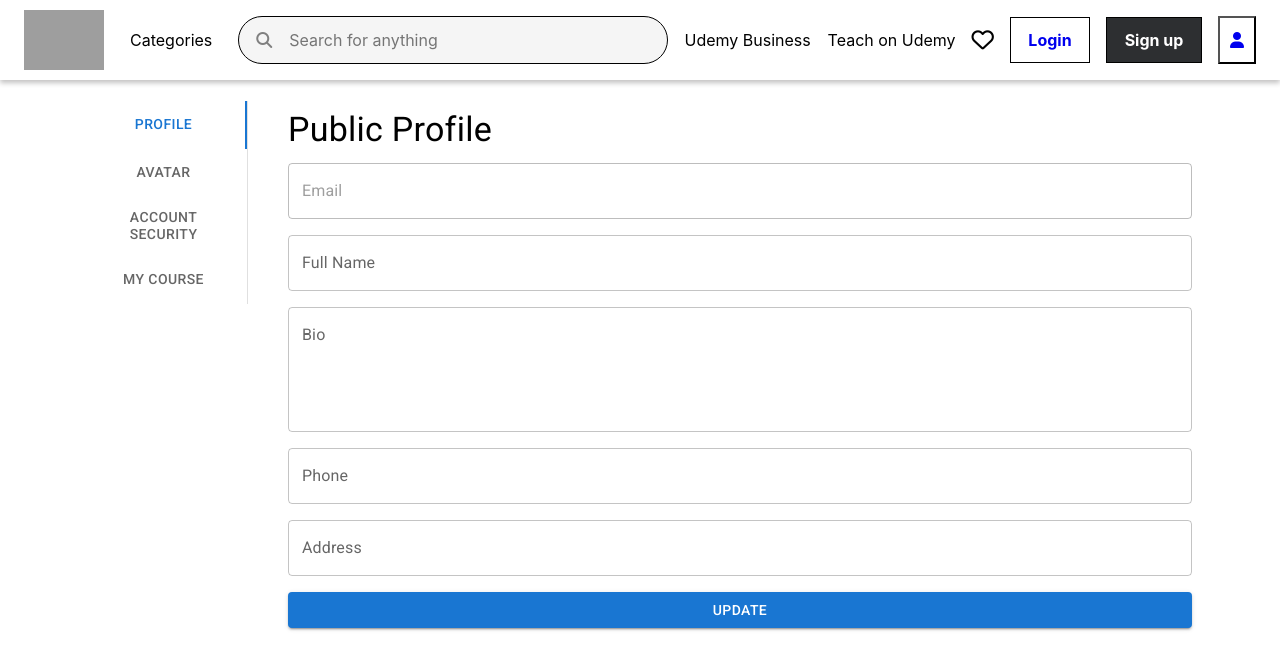
Repository: Quanf-dev/udemyclone
Page: /edit-profile (app in client/)
These files come from the project's save history. The page is drawn as it stood at one moment and after the next save; the edit follows.
The browser window is 1280 px wide. The pictures show the whole page.
Pictures or frames that could not be fetched are drawn as grey boxes. The page's requests for data from a server got no answer. The project was rebuilt for these pictures with package versions that can differ from the ones it lists, and the page was loaded fresh each time. No one was signed in, and anything a server would have sent is missing. Also part of the build but not shown: client/vite.config.js, client/src/components/header/Header.css, client/src/components/header/Header.jsx, client/src/components/teach-on-udemy-modal/ConfirmTeachModal.module.css, client/src/components/links-list/LinksList.module.css, client/src/components/links-list/LinksList.jsx, client/src/components/footer/links.js, client/src/components/footer/Footer.module.css and 84 more.

Above is the page before, as saved 2024-12-19 20:36:12.

After the next save:
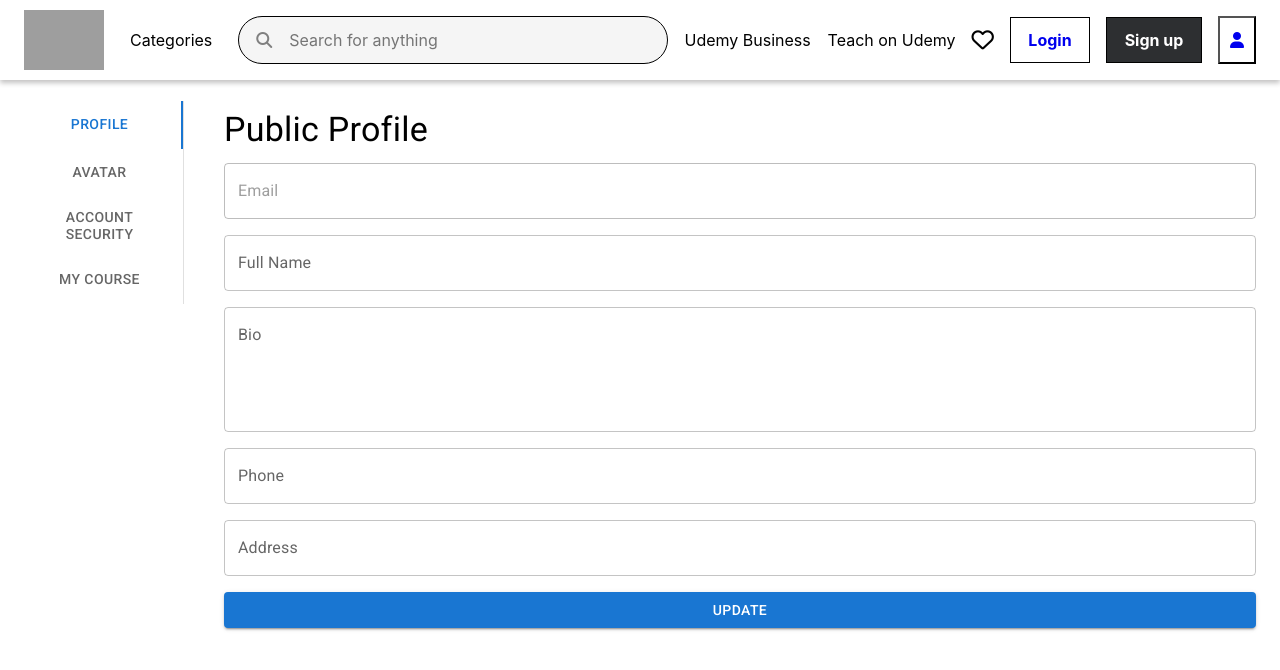
Saved 12 s later.
--- a/client/src/pages/edit-profile-page/EditProfilePage.jsx
+++ b/client/src/pages/edit-profile-page/EditProfilePage.jsx
@@ -119,7 +119,7 @@
   return (
     <>
       <NavBar />
-      <Container className={styles.container}>
+      <div className={styles.container}>
         <Box sx={{ display: "flex" }}>
           {/* Sidebar with tabs */}
           <Box className={styles.sidebar} sx={{ flexShrink: 0, width: 200 }}>
@@ -233,7 +233,7 @@
             </TabPanel>
           </Box>
         </Box>
-      </Container>
+      </div>
     </>
   );
 };

After the save that followed:
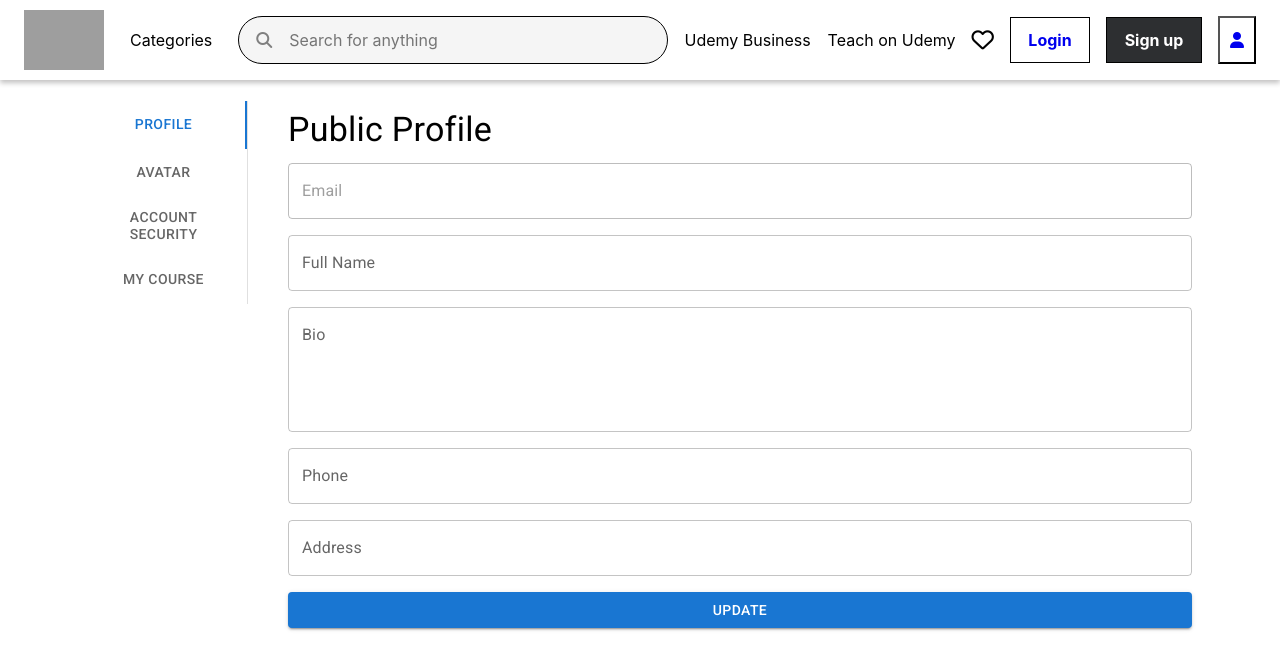
Saved 11 s later.
--- a/client/src/pages/edit-profile-page/EditProfilePage.jsx
+++ b/client/src/pages/edit-profile-page/EditProfilePage.jsx
@@ -119,7 +119,7 @@
   return (
     <>
       <NavBar />
-      <div className={styles.container}>
+      <Container className={styles.container}>
         <Box sx={{ display: "flex" }}>
           {/* Sidebar with tabs */}
           <Box className={styles.sidebar} sx={{ flexShrink: 0, width: 200 }}>
@@ -233,7 +233,7 @@
             </TabPanel>
           </Box>
         </Box>
-      </div>
+      </Container>
     </>
   );
 };
